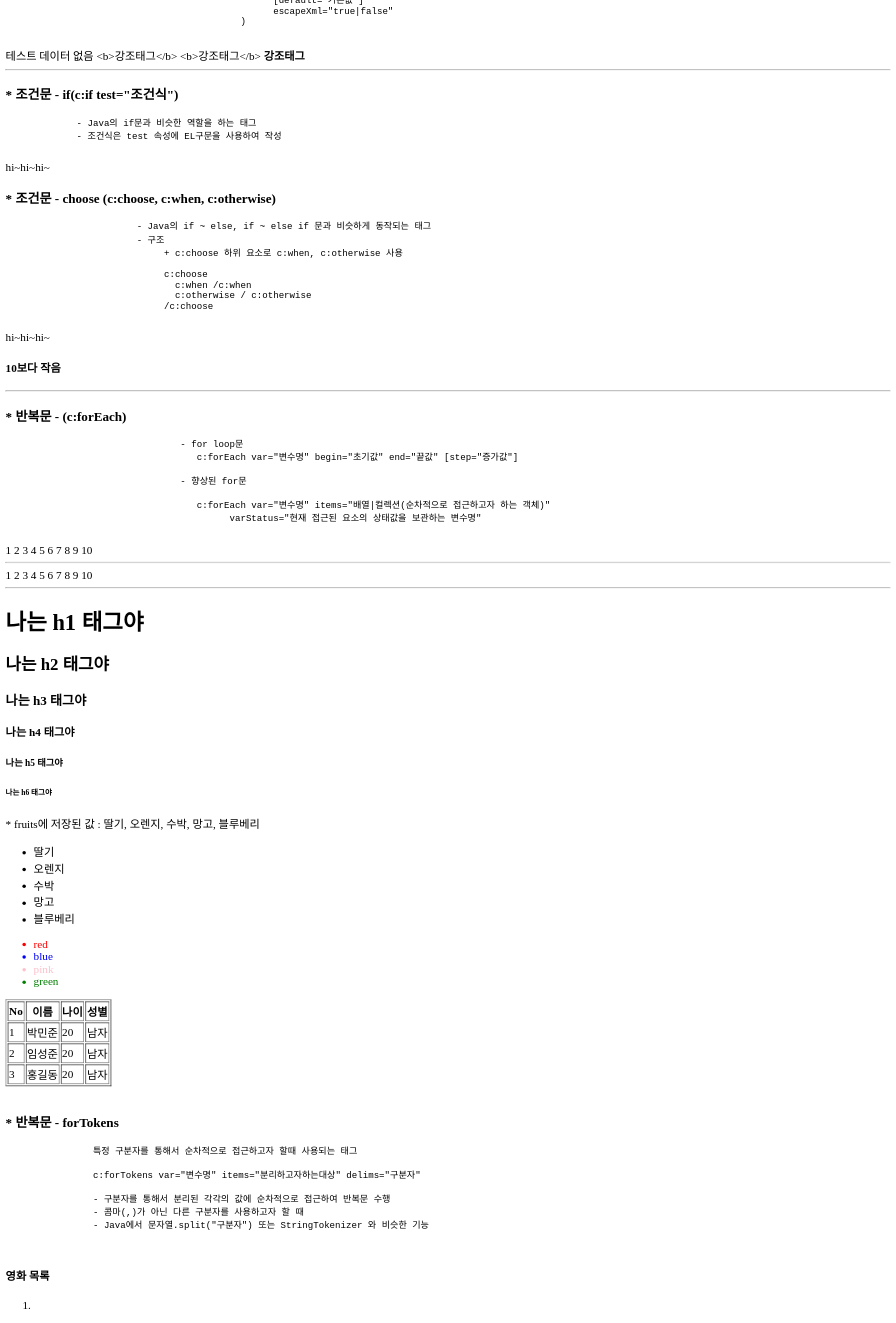
Repository: kkh1396/kh_front
Page: http://localhost/2_jsp/views/4_CustomAction/2_core.jsp
These files come from the project's save history. The page is drawn as it stood at one moment and after the next save; the edit follows.
The browser window is 1280 px wide. The pictures show the part of the page from y = 744 to 2664 px (the page is 2634 px tall before and 2664 px after), at 70% of full size.
The page is served by Tomcat 9. Nobody is signed in. The application's start-up code is not run. Other server files are loaded and not shown.

Above is the page before, as saved 2025-03-21 06:17:47.

### 05_server/2_jsp/src/main/webapp/views/4_CustomAction/2_core.jsp
<%@ page language="java" contentType="text/html; charset=UTF-8"
    pageEncoding="UTF-8"%>
<%@ taglib prefix="c" uri="http://java.sun.com/jsp/jstl/core" %>
<%@ page import="java.util.ArrayList, model.vo.Student" %>

<!DOCTYPE html>
<html>
<head>
<meta charset="UTF-8">
<title>JSTL - core</title>
</head>
<body>
	 <h1>JSTL Core Library</h1>

	 <h3>* 변수</h3>
	 <pre>
	   	- 변수 선언과 동시에 초기화 (c:set var="변수명" value="값" [scope="저장객체"])

	   	+ 해당 변수의 저장된 값을 어떤 scope에 setAttribute를 통해서 담아둘 지 결정
	   	+ 변수 선언하고 초기화까지의 기능을 제공
	   	 => c:set 으로 선언한 변수는 반드시 EL로 접근해야 함!
	 </pre>


	 <!-- num1 이라는 변수에 10이라는 값을 저장  -->
	 <c:set var="num1" value="10"/>

	 <%-- request 영역에 num2라는 변수에 20이라는 값ㅇ르 저장 --%>
	 <c:set var="num2" value="20" scope="request"/>

	 <p> num1 : ${ num1 } </p>
	 <p> num2 : ${ num2 } </p>


	 <%-- num1 num2의 합을 addNum이라는 변수에 저장(session 영역) --%>
	 <c:set var="addNum" value= '${ num1 +num2 }' scope="session"/>
	 <p> addNum : ${ addNum } </p>

	 <c:set var="temp">
	    9999
	 </c:set>

	 <%-- value 속성 대신, 시작태그와 종료태그 사이에 초기값을 지정할 수 있음 --%>

	 <p> temp : ${ temp } </p>

	 <pre>
	     - 변수 삭제 : (c:remove var"삭제할 변수명" [scope="삭제하고자하는 영역"])

	          + 해당 scope영역에 저장되어 있는 변수를 찾아 제거하는 태그
	            => .removeAttribute() 를 사용하여 제거하는 걱과 동일하게 처리됨
	          + scope 속성을 생략했을 경우 모든 영역에서 해당 변수의 값이 제거됨
	 </pre>

	 <%-- session 영역의 addNum 변수 삭제 --%>
	 <p> addNum : ${ addNum }</p>
	 <c:remove var="addNum" scope="session"/>

	 <p> 제거 후 addNum : ${ addNum }</p>


	 <c:set var="temp" value="1111" />
	 <c:set var="temp" value="2222" scope="request"/>

	 <p> page scope에 저장된 temp : ${ temp }</p>
	 <p> request scope 에 저장된 temp : ${ requestScope.temp }</p>


	 <c:remove var="temp" />

	 <p> temp 제거 후 결과 : ${ temp } , ${ requestScope.temp }

	 <pre>
	     - 변수 (데이터) 출력 (c:out value="출력하고자 하는 값"
	     					 [default="기본값"]
	     					 escapeXml="true|false"
	     				   )
	 </pre>

	 <c:out value="테스트" />

	 <%-- addNum 변수의 값을 출력 --%>
	 <c:out value="${ addnum }"/>
	 <c:out value="${ addnum }" default="데이터 없음"/>

	 <%-- outData 라는 변수에 '<b>강조태그</b>' 값을 저장 --%>
	 <c:set var="outData" value="<b>강조태그</b>" />
	 <c:out value="${ outData }" />
	 <c:out value="${ outData }" escapeXml="true"/>
	 <%-- escapeXml 속성의 기본값은 true, 태그를 해석하지 않음 --%>
	 <c:out value="${ outData }" escapeXml="false"/>

	 <hr>

	 <h3>* 조건문 - if(c:if test="조건식") </h3>
	 <pre>
	     - Java의 if문과 비슷한 역할을 하는 태그
	     - 조건식은 test 속성에 EL구문을 사용하여 작성
	 </pre>


	 <%-- num1이 num2보다 큰가? --%>
	 <%-- * JSTL로 선언된 변수는 접근 불가! (EL로만 접근 가능)
	 <% if (num1 > num2) {%>
	 <% } %>
	 --%>

	 <c:if test="${ num1 > num2 }">
	  		num1이 num2보다 큽니다.
	 </c:if>

	 <c:if test="${ num lt num2 }">
	        num1이 num2보다 작습니다.
	 </c:if>

	 <c:set var='hi' value="안녕"/>
	 <%--
	 		hi 변수에 저장된 값이 "안녕"일 경우 hi~hi~hi~ 출력
	 		      			  "안녕"이 아닐경우 by~by~by~ 출력
	  --%>

	  <c:if test="${ hi == '안녕' }">
	         hi~hi~hi~
	  </c:if>
	 <c:if test="${ hi != '안녕' }">
	         by~by~by
	  </c:if>

	  <br>

	  <h3> * 조건문 - choose (c:choose, c:when, c:otherwise) </h3>
	  <pre>
			- Java의 if ~ else, if ~ else if 문과 비슷하게 동작되는 태그
			- 구조
			     + c:choose 하위 요소로 c:when, c:otherwise 사용

			     c:choose
			       c:when /c:when
			       c:otherwise / c:otherwise
			     /c:choose
	  </pre>

	  	<%--
	 		hi 변수에 저장된 값이 "안녕"일 경우 hi~hi~hi~ 출력
	 		      			  "안녕"이 아닐경우 by~by~by~ 출력
	  	--%>

	  	<c:choose>
	  	   <c:when test="${ hi == '안녕'}">
	  	       hi~hi~hi~
	  	   </c:when>
	  	   <c:otherwise>
	  	     	by~by~by~
	  	   </c:otherwise>
	  	</c:choose>


	   <%--
	    	   num1의 값이 20보다 크면 "20보다 큼"
	    	    		, 10보다 크거나 같으면 "10보다 크거나 같음"
	    	    		, 그렇지 않으면 "10보다 작음"출력
	     --%>

	   <c:choose>
	      <c:when test="${ num1 >20 }">
	             <h2>20보다 큼</h2>
	      </c:when>
	      <c:when test="${ num ge 10 }">
	      		<h3> 10보다 큼</h2>
	      </c:when>
	       <c:otherwise>
	           <h4>10보다 작음</h4>
	       </c:otherwise>
	    </c:choose>

	   <hr>


	   <h3>* 반복문 - (c:forEach)</h3>
	   <pre>
	   			- for loop문
	   			   c:forEach var="변수명" begin="초기값" end="끝값" [step="증가값"]

	   			- 향상된 for문

	   			   c:forEach var="변수명" items="배열|컬렉션(순차적으로 접근하고자 하는 객체)"
	   			   	 varStatus="현재 접근된 요소의 상태값을 보관하는 변수명"
	   </pre>
	   <%-- 스크립틀릿을 사용하여 1 ~ 10까지 출력(한줄로) --%>
	   <% for (int i=1; i<=10; i++) { %>
	   			<%= i %>
	   <% } %>

	   <hr>

	   <c:forEach var="i" begin="1" end="10">
	         ${ i }
	   </c:forEach>


	   <hr>
	   <%-- h1 ~ h6 "나는 hx 태그야" --%>

	   <c:forEach var="i" begin="1" end="6">
	         <h${ i }> 나는 h${ i } 태그야 </h${ i }>
	   </c:forEach>

	   <c:set var="fruits">
	      딸기, 오렌지, 수박, 망고, 블루베리
	   </c:set>

	   * fruits에 저장된 값 : ${ fruits }

	   <ul>
	   <c:forEach var="test" items="${ fruits }">
	           <li> ${ test } </li>
	   </c:forEach>
	   </ul>


	   <%--
	   			colors 라는 변수에 4가지 색상을 콤마(,)로 구분하여 저장
	   			목록 태그로 해당 글자를 출력(* 저장된 컬러로 글자색 변경)
	    --%>

	    <%-- colors 변수에 색상 정보를 저장 --%>
	       <c:set var="color">
		      		red,blue,pink,green
	   	   </c:set>

		<%-- 반복문을 사용하여 목록태그에 글자 출력 --%>
		<ul>
		    <c:forEach var="sc" items="${ color }">
		          <li style="color: ${sc}">${ sc }</li>
		    </c:forEach>
	    </ul>

	    <%
	       ArrayList<Student> list = new ArrayList<>();

	       list.add(new Student("박민준", 20, "남자"));
	       list.add(new Student("임성준", 20, "남자"));
	       list.add(new Student("홍길동", 20, "남자"));
	    %>

	    <%-- request.setAttribute("list", list); --%>
	    <c:set var="list" value="<%= list %>" scope="request"/>

	    <table border="1">
	        <thead>
	          <tr>
	             <th>No</th>
	             <th>이름</th>
	             <th>나이</th>
	             <th>성별</th>
	          </tr>
	        </thead>
					<c:choose>
					  	   <c:when test="${ empty list }">
					  	   		<%-- 리스트가 비어있을 경우, "조회된 결과가 없습니다" 출력  --%>
					  	       <tr>
					  	           <td rowspan="4">
					  	          	조회된 결과가 없습니다.
					  	           </td>
					  	       <tr>
					  	   </c:when>

					  	   <c:otherwise>
					  	     	<%-- 리스트가 비어있지 않을경우, 제목셀에 맞춰서 내용 출력  --%>
					  	     	<c:forEach var="s" items="${ list }" varStatus="vs">
					  	     	     <tr>
					  	     	        <%-- <td>${ vs.index }</td> --%>
					  	     	        <%-- index : 0부터 시작 --%>
					  	     	        <td>${ vs.count}</td>
					  	     	        <%-- count : 1부터 시작 --%>
					  	     	        <td>${ s.name }</td>
					  	     	        <td>${ s.age }</td>
					  	     	        <td>${ s.gender }</td>
					  	     	      </tr>
					  	     	</c:forEach>
					  	   </c:otherwise>
					</c:choose>


	        <tbody>

	        </tbody>

	    </table>

	   <br>

	   <h3>* 반복문 - forTokens </h3>
	   <pre>
	        특정 구분자를 통해서 순차적으로 접근하고자 할때 사용되는 태그

	        c:forTokens var="변수명" items="분리하고자하는대상" delims="구분자"

	        - 구분자를 통해서 분리된 각각의 값에 순차적으로 접근하여 반복문 수행
	        - 콤마(,)가 아닌 다른 구분자를 사용하고자 할 때
	        - Java에서 문자열.split("구분자") 또는 StringTokenizer 와 비슷한 기능

	   </pre>

	   <%-- movies 라는 변수에 영화를 5개 저장 (구분자: / . , --%>

	   <c:set var="movies" value="아이언맨/토이스토리.파묘,미키17/해리포터"/>

	   <%--
	   <c:set var="movies" value="아이언맨/토이스토리.파묘,미키17/해리포터">
	   </c:set


	   <c:set var="movies" >
	          아이언맨/토이스토리.파묘,미키17/해리포터
	   </c:set>
	   --%>


	   <h4>영화 목록</h4>
	   <ol>
	      <c:forEach var="m" items="${ movies }"/>
	        <li> ${ m } </li>

	   </ol>

</body>
</html>

### 05_server/2_jsp/src/main/java/model/vo/Student.java
package model.vo;

public class Student {

	private String name;
	private int age;
	private String gender;


	// 생성자(기본생성자, 모든필드매개변수로가지는 생성자)
	// getter/setter
	// toString
	public Student() {
		super();
	}

	public Student(String name, int age, String gender) {
		super();
		this.name = name;
		this.age = age;
		this.gender = gender;
	}

	public String getName() {
		return name;
	}

	public void setName(String name) {
		this.name = name;
	}

	public int getAge() {
		return age;
	}

	public void setAge(int age) {
		this.age = age;
	}

	public String getGender() {
		return gender;
	}

	public void setGender(String gender) {
		this.gender = gender;
	}

	@Override
	public String toString() {
		return "Student [name=" + name + ", age=" + age + ", gender=" + gender + "]";
	}



}

After the next save:
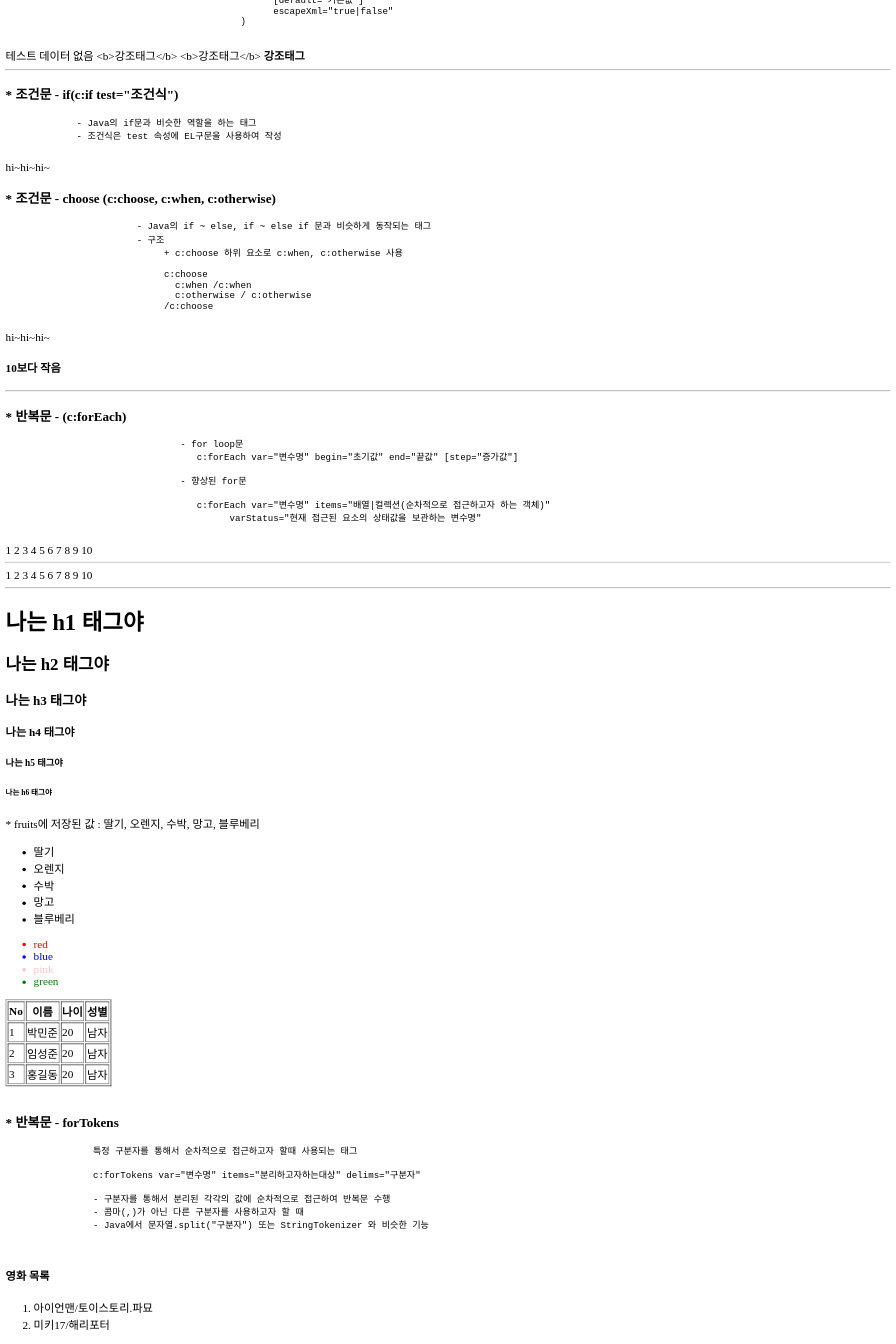
Saved 10 s later.
--- a/05_server/2_jsp/src/main/webapp/views/4_CustomAction/2_core.jsp
+++ b/05_server/2_jsp/src/main/webapp/views/4_CustomAction/2_core.jsp
@@ -319,9 +319,9 @@
 
 	   <h4>영화 목록</h4>
 	   <ol>
-	      <c:forEach var="m" items="${ movies }"/>
+	      <c:forEach var="m" items="${ movies }">
 	        <li> ${ m } </li>
-
+	       </c:forEach>
 	   </ol>
 
 </body>
